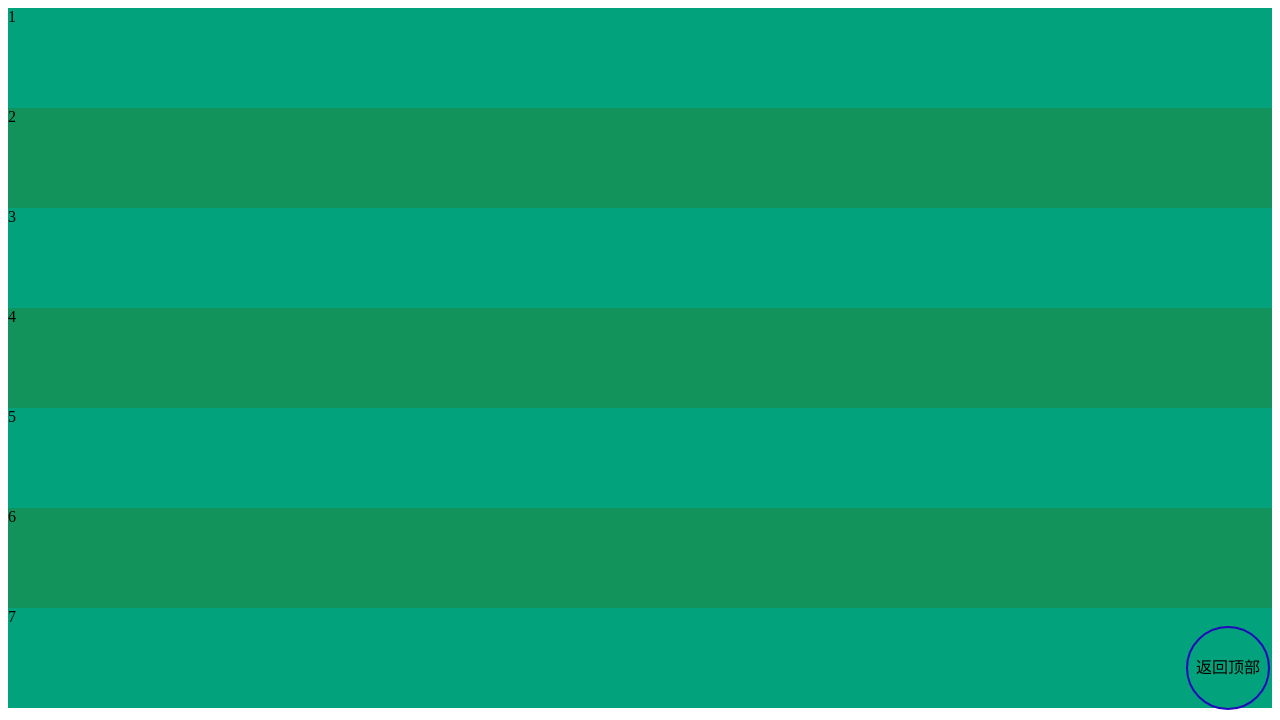
Repository: fox-summer/css-
Page: 百度新闻返回顶部.html
These files come from the project's save history. The page is drawn as it stood at one moment and after the next save; the edit follows.
The browser window is 1280 px wide. The pictures show the whole page.

Above is the page before, as saved 2022-05-28 18:28:48.

### 百度新闻返回顶部.html
<!DOCTYPE html>
<html lang="en">
  <head>
    <meta charset="UTF-8" />
    <meta http-equiv="X-UA-Compatible" content="IE=edge" />
    <meta name="viewport" content="width=device-width, initial-scale=1.0" />
    <title>Document</title>
    <style>
      #myId {
        width: 80px;
        height: 80px;
        border: 2px solid #2507bd;
        border-radius: 50%;
        text-align: center;
        line-height: 80px;
        position: fixed;
        right: 10px;
        bottom: 10px;
      }
      .text:nth-child(odd) {
        height: 100px;
        background-color: rgb(17, 147, 91);
      }
      .text:nth-child(even) {
        height: 100px;
        background-color: rgb(1, 162, 124);
      }
    </style>
  </head>
  <body>
    <div id="myId">返回顶部</div>
    <div class="text">1</div>
    <div class="text">2</div>
    <div class="text">3</div>
    <div class="text">4</div>
    <div class="text">5</div>
    <div class="text">6</div>
    <div class="text">7</div>
  </body>
</html>

After the next save:
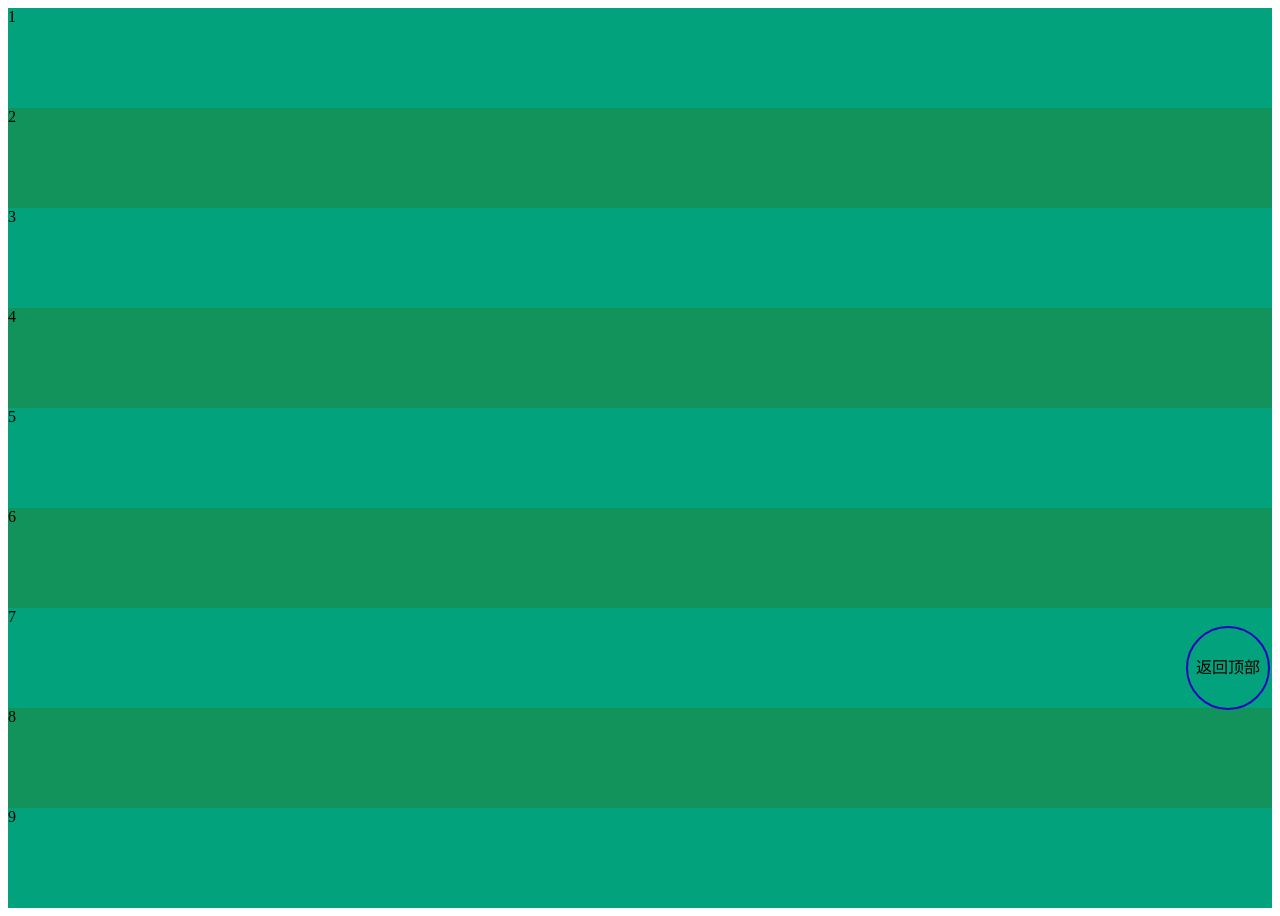
Saved 16 s later.
--- a/百度新闻返回顶部.html
+++ b/百度新闻返回顶部.html
@@ -36,5 +36,7 @@
     <div class="text">5</div>
     <div class="text">6</div>
     <div class="text">7</div>
+    <div class="text">8</div>
+    <div class="text">9</div>
   </body>
 </html>
